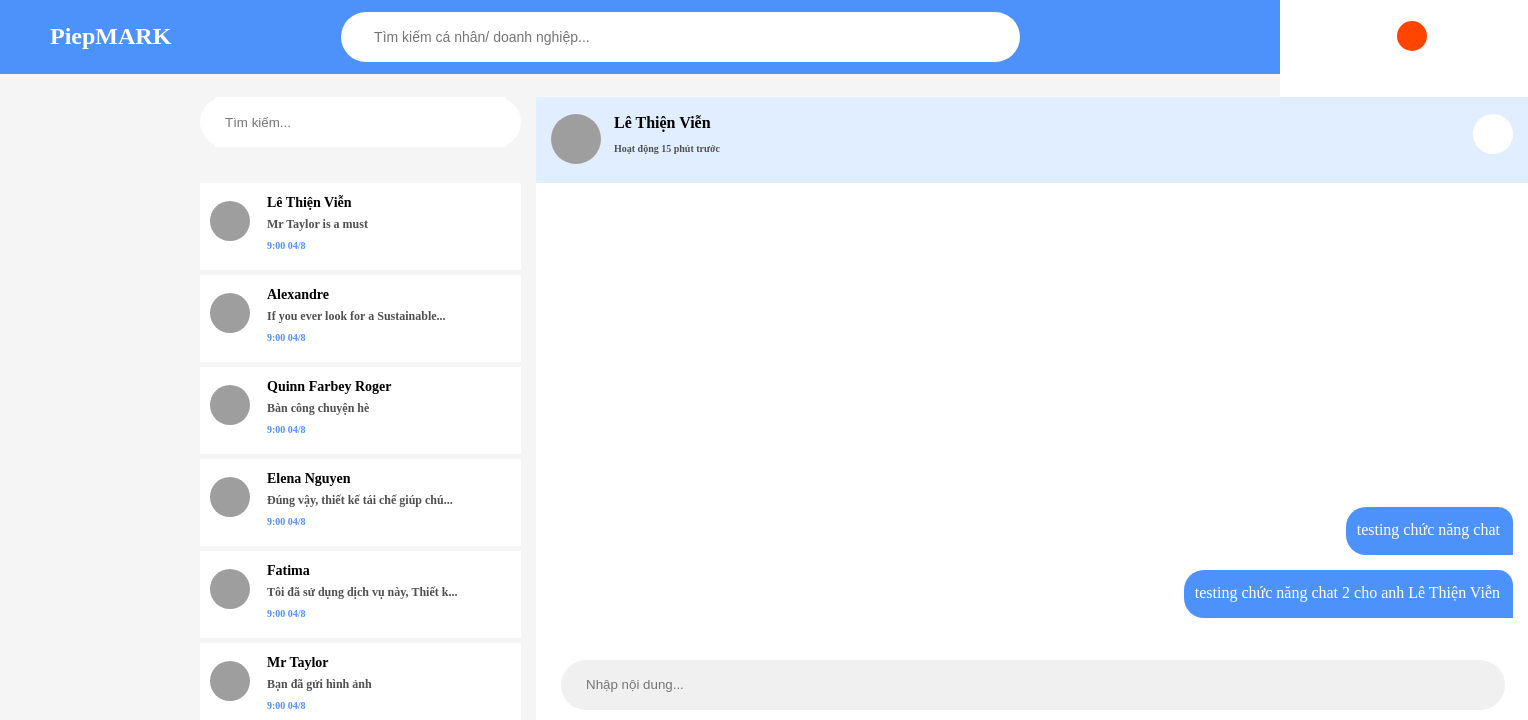
Repository: Jackietruong2805/th-c-t-p
Page: /chatbox/1 (app in vue-laravel-boilerplate/)
These files come from the project's save history. The page is drawn as it stood at one moment and after the next save; the edit follows.
The browser window is 1280 px wide. The page is 1528 px wide, so the pictures cover 1528 px, including what lies to the right of the window. The pictures show the whole page.
Pictures or frames that could not be fetched are drawn as grey boxes. The project was rebuilt for these pictures with package versions that can differ from the ones it lists, and the page was loaded fresh each time. Also part of the build but not shown: vue-laravel-boilerplate/vite.config.ts, vue-laravel-boilerplate/src/components/DemoComponent.vue.

Above is the page before, as saved 2022-08-26 17:39:37.

After the next save:
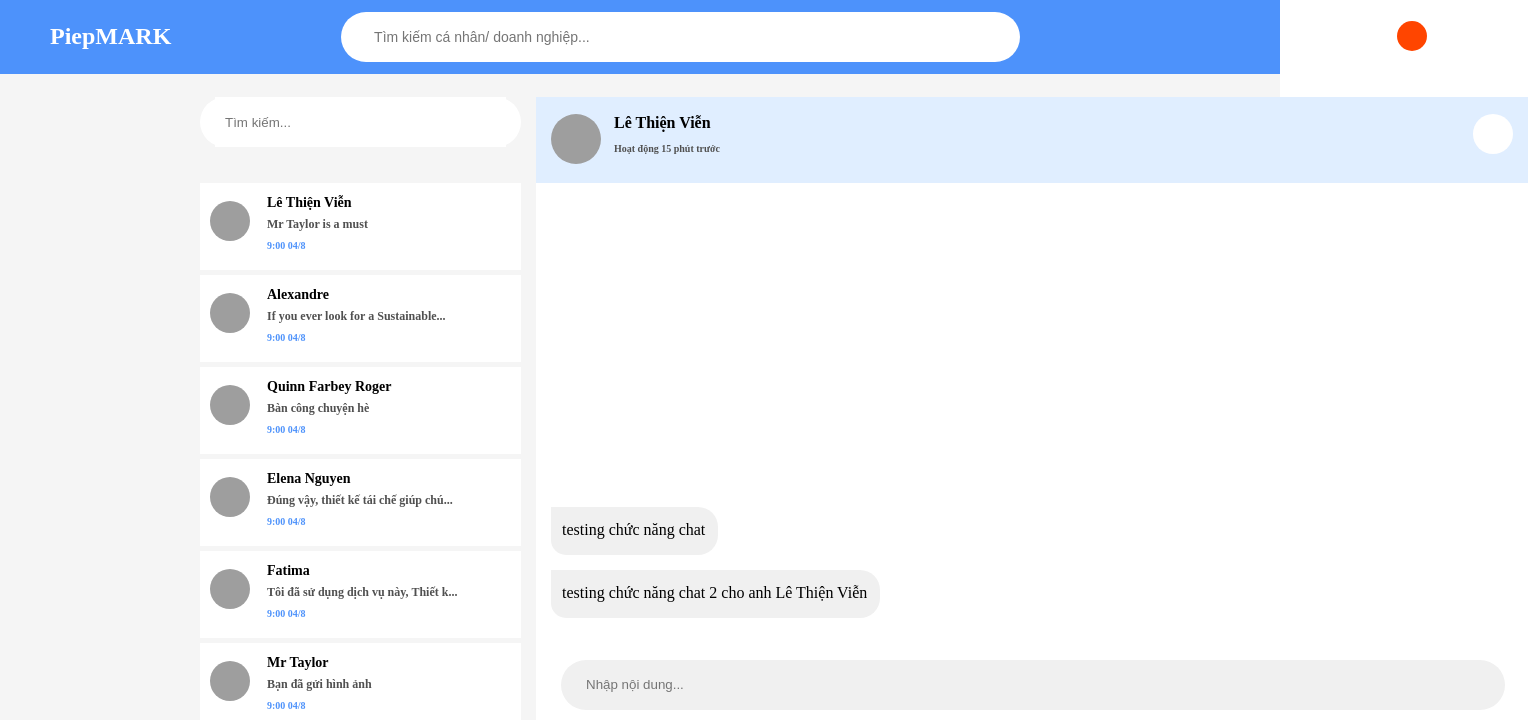
Saved 103 s later.
--- a/vue-laravel-boilerplate/src/components/ChatMessage.vue
+++ b/vue-laravel-boilerplate/src/components/ChatMessage.vue
@@ -39,10 +39,10 @@
 
 const myId = Math.random();
 
-let isMineChat = false;
+let isMineChat = true;
 
 if (myId !== route.params.id) {
-  isMineChat = true;
+  isMineChat = false;
 }
 
 console.log(checkColor);

After the 2 saves that followed:
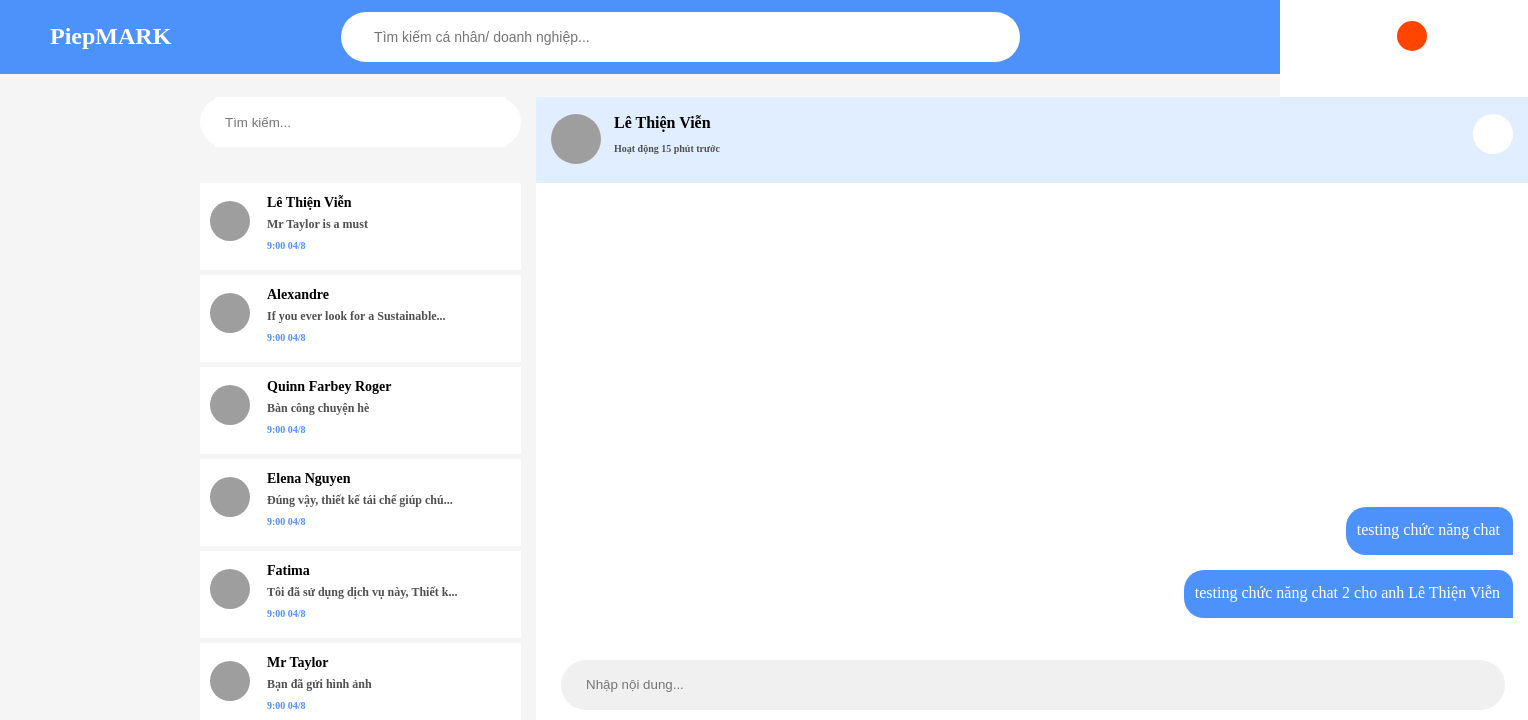
The 2 saves are shown as one change because 1 left the picture as it was.
The last was saved 2 min 17 s later.
--- a/vue-laravel-boilerplate/src/components/ChatMessage.vue
+++ b/vue-laravel-boilerplate/src/components/ChatMessage.vue
@@ -39,10 +39,10 @@
 
 const myId = Math.random();
 
-let isMineChat = true;
+let isMineChat = false;
 
 if (myId !== route.params.id) {
-  isMineChat = false;
+  isMineChat = true;
 }
 
 console.log(checkColor);
